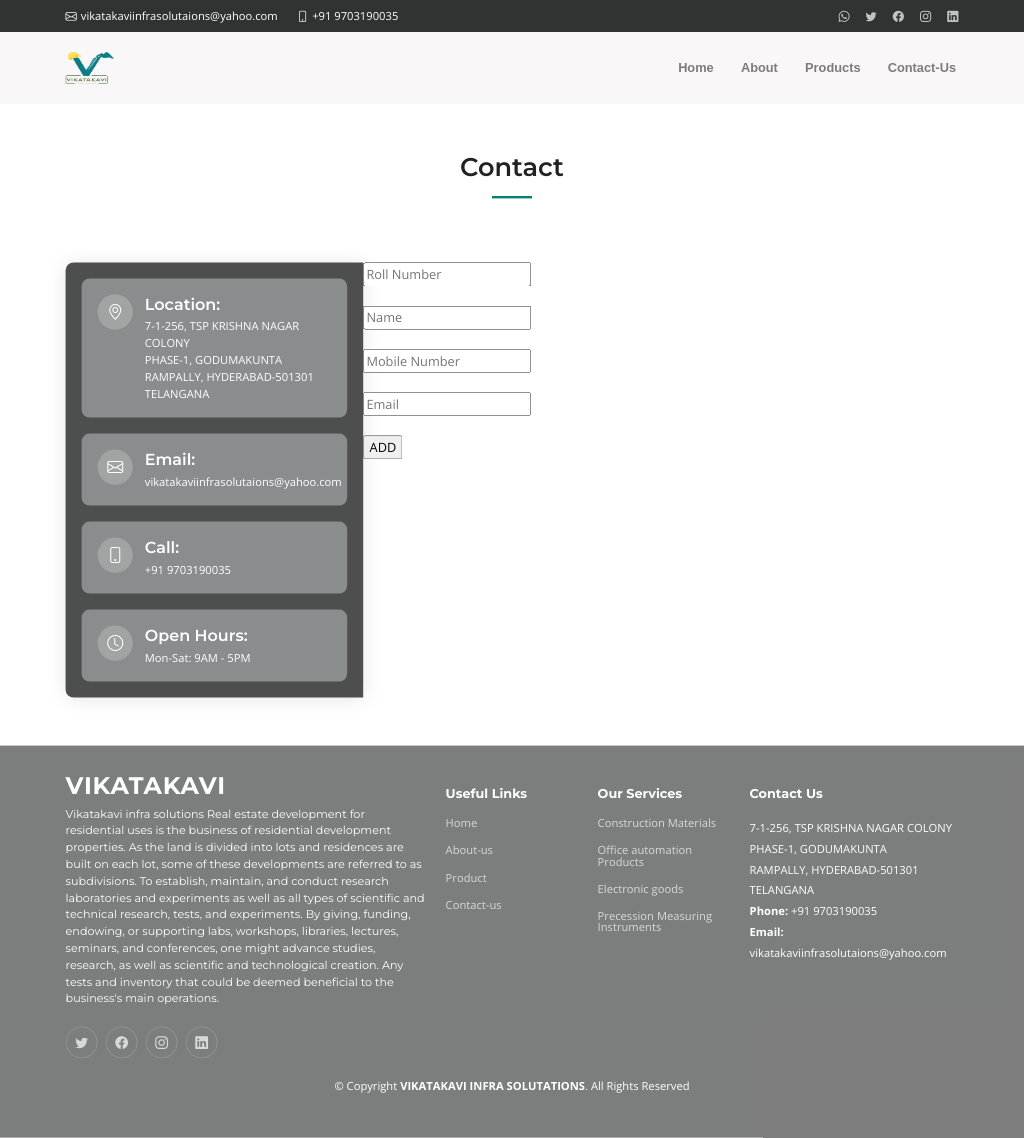
Repository: subhasissahoo181/vikatakavi
Page: Vikatikavi/src/main/webapp/contact.html
An editor plug-in stored every save of this project. The page is shown before and after the next save, followed by the edit.
The browser window is 1280 px wide. The pictures show the whole page, at 80% of full size.
Some web fonts or font styles are not loaded; a fallback is used.

Above is the page before, as saved 2023-03-26 14:27:39.

### Vikatikavi/src/main/webapp/contact.html
<!DOCTYPE html>
<html lang="en">

<head>
  <meta charset="utf-8">
  <meta content="width=device-width, initial-scale=1.0" name="viewport">

  <title>VIKATAKAVI INFRA SOLUTATIONS .IPL</title>

  <meta content="" name="description">
  <meta content="" name="keywords">

  <!-- Favicons -->
  <link href="assets/img/logo.jpg" rel="icon">
  <link href="assets/img/logo.jpg" rel="apple-touch-icon">

  <!-- Google Fonts -->
  <link rel="preconnect" href="https://fonts.googleapis.com">
  <link rel="preconnect" href="https://fonts.gstatic.com" crossorigin>
  <link href="https://fonts.googleapis.com/css2?family=Open+Sans:ital,wght@0,300;0,400;0,500;0,600;0,700;1,300;1,400;1,600;1,700&family=Montserrat:ital,wght@0,300;0,400;0,500;0,600;0,700;1,300;1,400;1,500;1,600;1,700&family=Raleway:ital,wght@0,300;0,400;0,500;0,600;0,700;1,300;1,400;1,500;1,600;1,700&display=swap" rel="stylesheet">

  <!-- Vendor CSS Files -->
  <link href="assets/vendor/bootstrap/css/bootstrap.min.css" rel="stylesheet">
  <link href="assets/vendor/bootstrap-icons/bootstrap-icons.css" rel="stylesheet">
  <link href="assets/vendor/aos/aos.css" rel="stylesheet">
  <link href="assets/vendor/glightbox/css/glightbox.min.css" rel="stylesheet">
  <link href="assets/vendor/swiper/swiper-bundle.min.css" rel="stylesheet">

  <!-- Template Main CSS File -->
  <link href="assets/css/main.css" rel="stylesheet">

</head>

<body>

  <!-- ======= Header ======= -->
  <section id="topbar" class="topbar d-flex align-items-center">
    <div class="container d-flex justify-content-center justify-content-md-between">
      <div class="contact-info d-flex align-items-center">
        <i class="bi bi-envelope d-flex align-items-center">

          <a href="mailto:contact@example.com">vikatakaviinfrasolutaions@yahoo.com</a></i>
        <i class="bi bi-phone d-flex align-items-center ms-4"><span>+91 9703190035</span></i>
      </div>
      <div class="social-links d-none d-md-flex align-items-center">
        <a href="https://wa.me/9703190035" class="whatsapp"><i class="bi bi-whatsapp"></i></a>
        <a href="#" class="twitter"><i class="bi bi-twitter"></i></a>
        <a href="#" class="facebook"><i class="bi bi-facebook"></i></a>
        <a href="#" class="instagram"><i class="bi bi-instagram"></i></a>
        <a href="#" class="linkedin"><i class="bi bi-linkedin"></i></i></a>
      </div>
    </div>
  </section><!-- End Top Bar -->

  <header id="header" class="header d-flex align-items-center">

    <div class="container-fluid container-xl d-flex align-items-center justify-content-between">
      <a href="index.html" class="logo d-flex align-items-center">
        <!-- Uncomment the line below if you also wish to use an image logo -->
        <!-- <img src="assets/img/logo.png" alt=""> -->
        <img src="assets/img/vikatkavi png.png" style="width:60px">
        <!-- <h1>vikatakavi<span>.</span></h1> -->
      </a>
      <nav id="navbar" class="navbar" >
        <ul>
          <li><a href="index.html" id="navcol">Home</a></li>
          <li><a href="about.html" id="navcol">About</a></li>
          <li><a href="Product.html" id="navcol">Products</a></li>
          <li><a href="contact.html" id="navcol">Contact-Us</a></li>
        </ul>
      </nav><!-- .navbar -->

      <i class="mobile-nav-toggle mobile-nav-show bi bi-list"></i>
      <i class="mobile-nav-toggle mobile-nav-hide d-none bi bi-x"></i>

    </div>
  </header><!-- End Header -->
  <!-- End Header -->

    <!-- ======= Contact Section ======= -->
    <section id="contact" class="contact">
        <div class="container" data-aos="fade-up">

          <div class="section-header">
            <h2>Contact</h2>
            <!-- <p>Nulla dolorum nulla nesciunt rerum facere sed ut inventore quam porro nihil id ratione ea sunt quis dolorem dolore earum</p> -->
          </div>

          <div class="row gx-lg-0 gy-4">

            <div class="col-lg-4">

              <div class="info-container d-flex flex-column align-items-center justify-content-center">
                <div class="info-item d-flex">
                  <i class="bi bi-geo-alt flex-shrink-0"></i>
                  <div>
                    <h4>Location:</h4>
                    <p>7-1-256, TSP KRISHNA NAGAR COLONY <br>
                        PHASE-1, GODUMAKUNTA<br>
                        RAMPALLY, HYDERABAD-501301<br>
                        TELANGANA<br></p>
                  </div>
                </div><!-- End Info Item -->

                <div class="info-item d-flex">
                  <i class="bi bi-envelope flex-shrink-0"></i>
                  <div>
                    <h4>Email:</h4>
                    <p>vikatakaviinfrasolutaions@yahoo.com</p>
                  </div>
                </div><!-- End Info Item -->

                <div class="info-item d-flex">
                  <i class="bi bi-phone flex-shrink-0"></i>
                  <div>
                    <h4>Call:</h4>
                    <p>+91 9703190035</p>
                  </div>
                </div><!-- End Info Item -->

                <div class="info-item d-flex">
                  <i class="bi bi-clock flex-shrink-0"></i>
                  <div>
                    <h4>Open Hours:</h4>
                    <p>Mon-Sat: 9AM - 5PM</p>
                  </div>
                </div><!-- End Info Item -->
              </div>

            </div>

            <div class="col-lg-8">
              <!-- <form action="contactus" method="post" >
                <div class="row">
                  <div class="col-md-6 form-group">
                    <input type="text" name="name" class="form-control" id="name" placeholder="Your Name" required>
                  </div>
                  <div class="col-md-6 form-group mt-3 mt-md-0">
                    <input type="email" class="form-control" name="email" id="email" placeholder="Your Email" required>
                  </div>
                </div>
                <div class="form-group mt-3">
                  <input type="text" class="form-control" name="number" id="number" placeholder="Number" required>
                </div>
                <div class="form-group mt-3">
                  <textarea class="form-control" name="message" rows="7" placeholder="Message" required></textarea>
                </div>
                <div class="my-3">
                  <div class="loading">Loading</div>
                  <div class="error-message"></div>
                  <div class="sent-message">Your message has been sent. Thank you!</div>
                </div>
                <div class="text-center">
                <input type="submit" value="ADD">
                <!-- <button type="submit" value="ADD">Submit</button> -- >
                </div>
              </form>-->
              <form method="post" action="addstudent">
              <input type="text" name="roll" placeholder="Roll Number"><br><br>
              <input type="text" name="name" placeholder="Name"><br><br>
              <input type="text" name="mobile" placeholder="Mobile Number"><br><br>
              <input type="email" name="email" placeholder="Email"><br><br>
              <input type="submit" value="ADD">
              </form>
            </div>
            <!-- End Contact Form -->

          </div>

        </div>
      </section><!-- End Contact Section -->


      <!-- ======= Footer ======= -->
  <footer id="footer" class="footer">

    <div class="container">
      <div class="row gy-4">
        <div class="col-lg-5 col-md-12 footer-info">
          <a href="index.html" class="logo d-flex align-items-center">
            <span>VIKATAKAVI</span>
          </a>
          <p>Vikatakavi infra solutions Real estate development for residential uses is the business of residential development properties. As the land is divided into lots and residences are built on each lot, some of these developments are referred to as subdivisions. To establish, maintain, and conduct research laboratories and experiments as well as all types of scientific and technical research, tests, and experiments. By giving, funding, endowing, or supporting labs, workshops, libraries, lectures, seminars, and conferences, one might advance studies, research, as well as scientific and technological creation. Any tests and inventory that could be deemed beneficial to the business's main operations.</p>
          <div class="social-links d-flex mt-4">
            <a href="#" class="twitter"><i class="bi bi-twitter"></i></a>
            <a href="#" class="facebook"><i class="bi bi-facebook"></i></a>
            <a href="#" class="instagram"><i class="bi bi-instagram"></i></a>
            <a href="#" class="linkedin"><i class="bi bi-linkedin"></i></a>
          </div>
        </div>

        <div class="col-lg-2 col-6 footer-links">
          <h4>Useful Links</h4>
          <ul>
            <li><a href="index.html">Home</a></li>
            <li><a href="about.html">About-us</a></li>
            <li><a href="Product.html">Product</a></li>
            <li><a href="contact.html">Contact-us</a></li>
            <!-- <li><a href="#">Terms of service</a></li>
            <li><a href="#">Privacy policy</a></li> -->
          </ul>
        </div>

        <div class="col-lg-2 col-6 footer-links">
          <h4>Our Services</h4>
          <ul>
            <li><a href="#">Construction Materials</a></li>
            <li><a href="#">Office automation Products</a></li>
            <li><a href="#">Electronic goods</a></li>
            <li><a href="#">Precession Measuring Instruments</a></li>
            <!-- <li><a href="#">Graphic Design</a></li> -->
          </ul>
        </div>

        <div class="col-lg-3 col-md-12 footer-contact text-center text-md-start">
          <h4>Contact Us</h4>
          <p>
            7-1-256, TSP KRISHNA NAGAR COLONY <br>
            PHASE-1, GODUMAKUNTA<br>
            RAMPALLY, HYDERABAD-501301<br>
            TELANGANA<br>
            <strong>Phone:</strong> +91 9703190035<br>
            <strong>Email:</strong> vikatakaviinfrasolutaions@yahoo.com<br>
          </p>

        </div>

      </div>
    </div>

    <div class="container mt-4">
      <div class="copyright">
        &copy; Copyright <strong><span>VIKATAKAVI INFRA SOLUTATIONS</span></strong>. All Rights Reserved
      </div>
      <div class="credits">

      </div>
    </div>

  </footer><!-- End Footer -->

  <a href=" https://wa.me/9703190035" class="scroll-top d-flex align-items-center justify-content-center " style="background-color:green"><i class="bi bi-whatsapp"></i></a>
  <a href="#" class="scroll-top d-flex align-items-center justify-content-center"><i class="bi bi-arrow-up-short"></i></a>
<!-- <div style="width: 100px; height: 60px; position: fixed; right: 10px; bottom: 2px; font-size: 35px;"><a href=" https://wa.me/919437634632"><i style="color: #1ad03f;" class="fa-brands fa-square-whatsapp"></i></a></div> -->
  <div id="preloader"></div>

  <!-- Vendor JS Files -->
  <script src="assets/vendor/bootstrap/js/bootstrap.bundle.min.js"></script>
  <script src="assets/vendor/aos/aos.js"></script>
  <script src="assets/vendor/glightbox/js/glightbox.min.js"></script>
  <script src="assets/vendor/purecounter/purecounter_vanilla.js"></script>
  <script src="assets/vendor/swiper/swiper-bundle.min.js"></script>
  <script src="assets/vendor/isotope-layout/isotope.pkgd.min.js"></script>
  <script src="assets/vendor/php-email-form/validate.js"></script>

  <!-- Template Main JS File -->
  <script src="assets/js/main.js"></script>

</body>

</html>

Loaded but not shown: Vikatikavi/src/main/webapp/assets/vendor/bootstrap/css/bootstrap.min.css (library); Vikatikavi/src/main/webapp/assets/vendor/bootstrap-icons/bootstrap-icons.css (library); Vikatikavi/src/main/webapp/assets/vendor/aos/aos.css (library); Vikatikavi/src/main/webapp/assets/vendor/glightbox/css/glightbox.min.css (library); Vikatikavi/src/main/webapp/assets/vendor/swiper/swiper-bundle.min.css (library); Vikatikavi/src/main/webapp/assets/vendor/bootstrap/js/bootstrap.bundle.min.js (library); Vikatikavi/src/main/webapp/assets/vendor/aos/aos.js (library); Vikatikavi/src/main/webapp/assets/vendor/glightbox/js/glightbox.min.js (library); Vikatikavi/src/main/webapp/assets/vendor/purecounter/purecounter_vanilla.js (library); Vikatikavi/src/main/webapp/assets/vendor/swiper/swiper-bundle.min.js (library); Vikatikavi/src/main/webapp/assets/vendor/isotope-layout/isotope.pkgd.min.js (library); Vikatikavi/src/main/webapp/assets/vendor/php-email-form/validate.js (common file); Vikatikavi/src/main/webapp/assets/js/main.js (293 lines, source omitted); Vikatikavi/src/main/webapp/assets/css/main.css (2707 lines, source omitted)

After the next save:
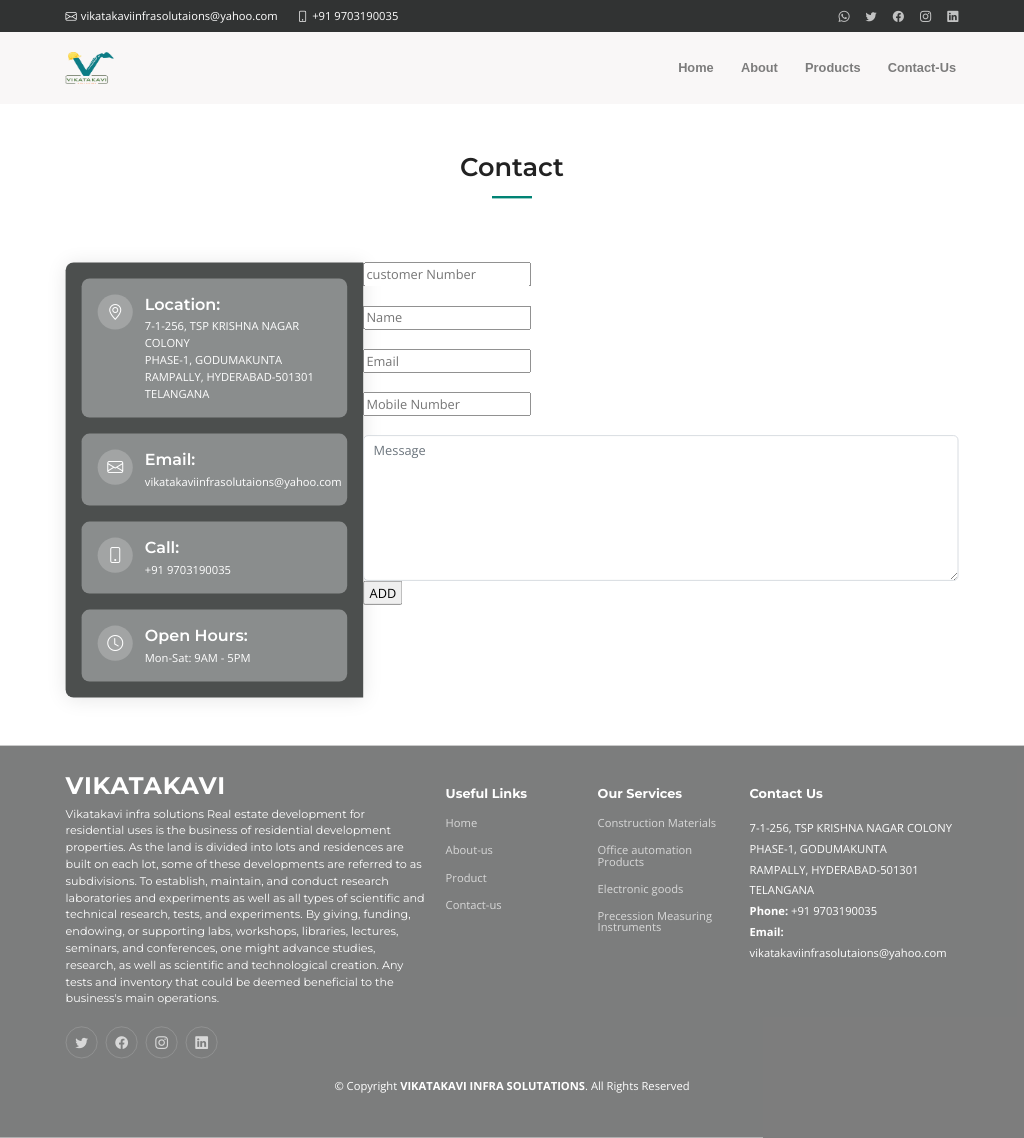
Saved 2 min 15 s later.
--- a/Vikatikavi/src/main/webapp/contact.html
+++ b/Vikatikavi/src/main/webapp/contact.html
@@ -156,10 +156,12 @@
                 </div>
               </form>-->
               <form method="post" action="addstudent">
-              <input type="text" name="roll" placeholder="Roll Number"><br><br>
+              <input type="text" name="cid" placeholder="customer Number"><br><br>
               <input type="text" name="name" placeholder="Name"><br><br>
-              <input type="text" name="mobile" placeholder="Mobile Number"><br><br>
               <input type="email" name="email" placeholder="Email"><br><br>
+              <input type="text" name="number" placeholder="Mobile Number"><br><br>
+              <textarea class="form-control" name="message" rows="7" placeholder="Message" ></textarea>
+
               <input type="submit" value="ADD">
               </form>
             </div>
